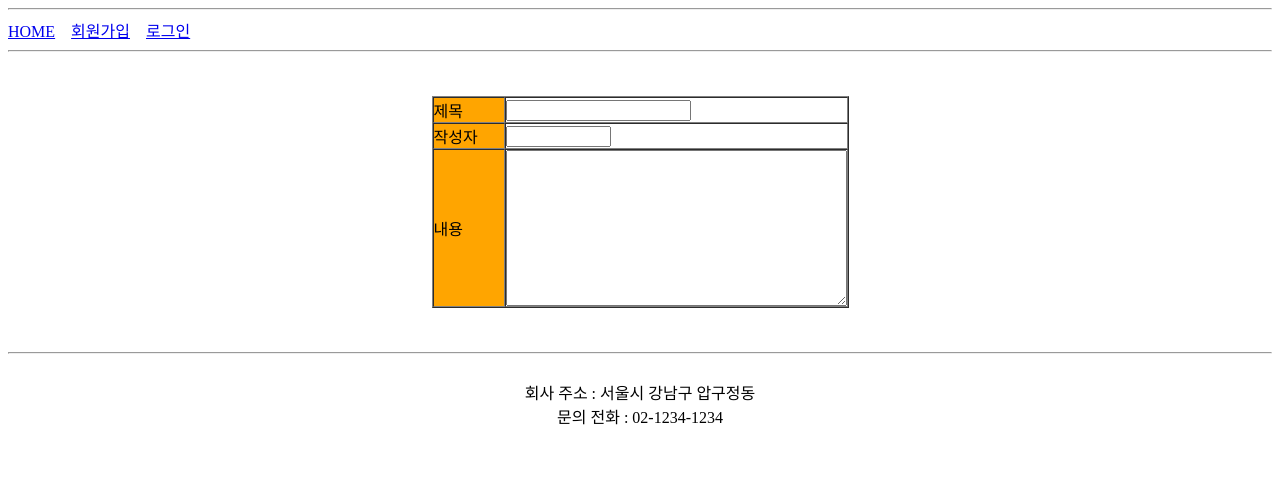
Repository: serim53/JSPStudy
Page: http://localhost/BoardWeb_JSP_/WEB-INF/board/getBoard.jsp
An editor plug-in stored every save of this project. The page is shown before and after the next save, followed by the edit.
The browser window is 1280 px wide. The pictures show the whole page.
The page is served by Tomcat 10. Nobody is signed in. The template is opened directly, without the code that normally fills it, so the values that code supplies are empty.

Above is the page before, as saved 2025-07-10 05:59:56.

After the next save:
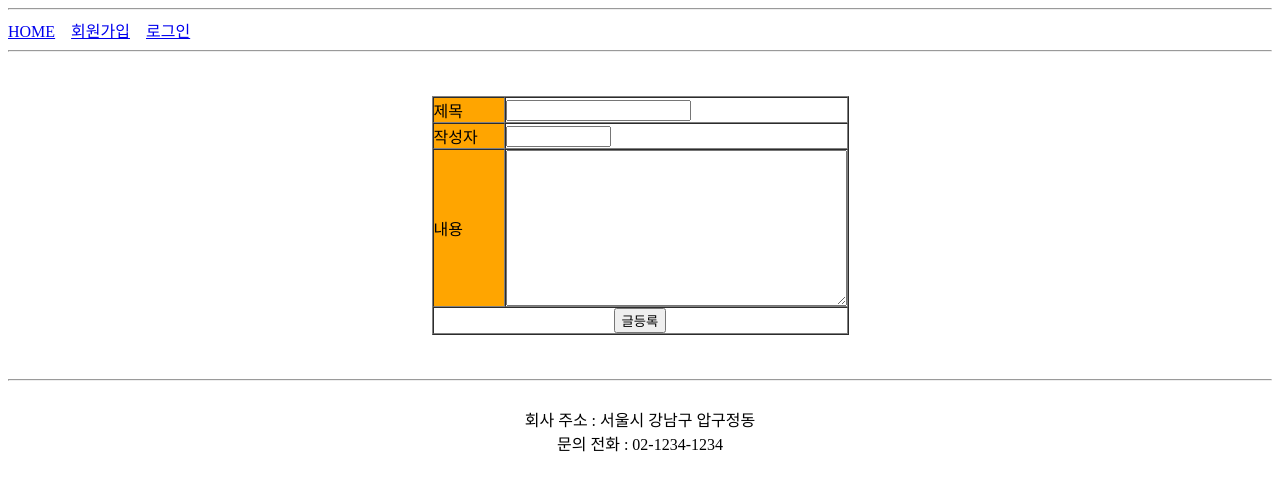
Saved 24 s later.
--- a/BoardWeb(JSP)/src/main/webapp/WEB-INF/board/getBoard.jsp
+++ b/BoardWeb(JSP)/src/main/webapp/WEB-INF/board/getBoard.jsp
@@ -19,6 +19,10 @@
 		<td bgcolor="orange">내용</td><td align="left">
 		<textarea name="content" cols="40" rows="10"></textarea></td>
 	</tr>
+	<tr>
+		<td colspan="2" align="center">
+		<input type="submit" value="글등록"/></td>
+	</tr>
 </table>
 </form>
 </center>
